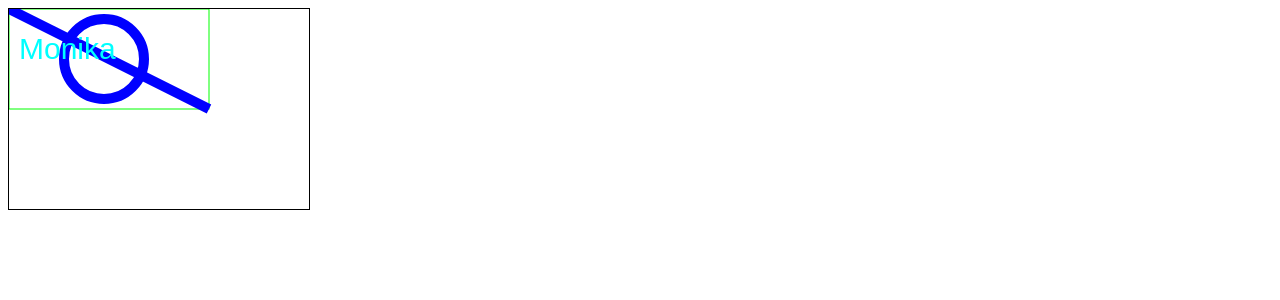
Repository: BhardwajMonika/core-java
Page: HTML2/WebContent/Canvas1.html
The author's editor kept a copy of each file at every save. The page is drawn from the files as they stood at one save, then again after the next save.
The browser window is 1280 px wide. The pictures show the whole page.

Above is the page before, as saved 2019-02-27 09:35:15.

### HTML2/WebContent/Canvas1.html
<!DOCTYPE html>
<html>
<head>


<meta charset="ISO-8859-1">
<title>canvas</title>
</head>
<body>

	<canvas id="myCanvas" width="300" height="200"
		style="border: 1px solid #000000;">
</canvas>
<script>
	var c = document.getElementById("myCanvas");
	var ctx = c.getContext("2d");


	ctx.drawStyle = "#FF0000";
	ctx.strokeStyle="#00FF00";
	ctx.strokeRect(0, 0, 200, 100);

	ctx.beginPath();
	ctx.strokeStyle="#FF0000"
	ctx.arc(95,50,40,0,2*Math.PI);
	ctx.stroke();

	ctx.moveTo(0,0);
	ctx.lineTo(200,100);
	ctx.lineWidth=10;

	ctx.strokeStyle='#0000ff';
	ctx.stroke();

	ctx.font="30px Arial";
	ctx.fillStyle='cyan';
	ctx.fillText("Monika",10,50);
</script>

</body>
</html>

After the next save:
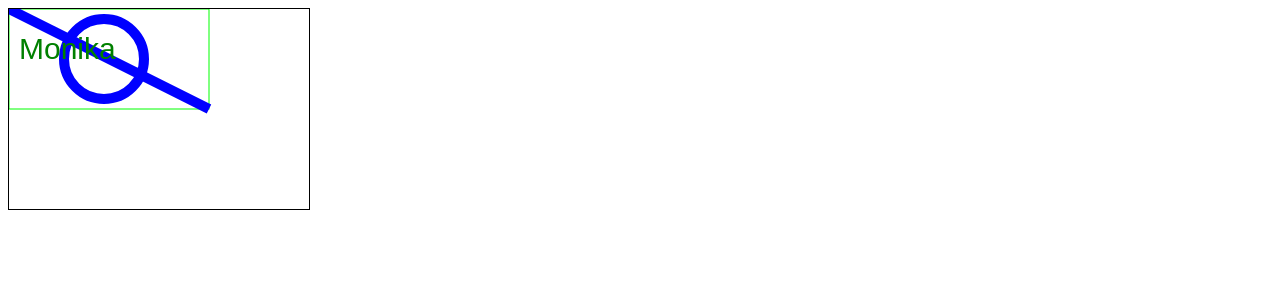
Saved 14 s later.
--- a/HTML2/WebContent/Canvas1.html
+++ b/HTML2/WebContent/Canvas1.html
@@ -33,7 +33,7 @@
 	ctx.stroke();
 
 	ctx.font="30px Arial";
-	ctx.fillStyle='cyan';
+	ctx.fillStyle='green';
 	ctx.fillText("Monika",10,50);
 </script>
 
